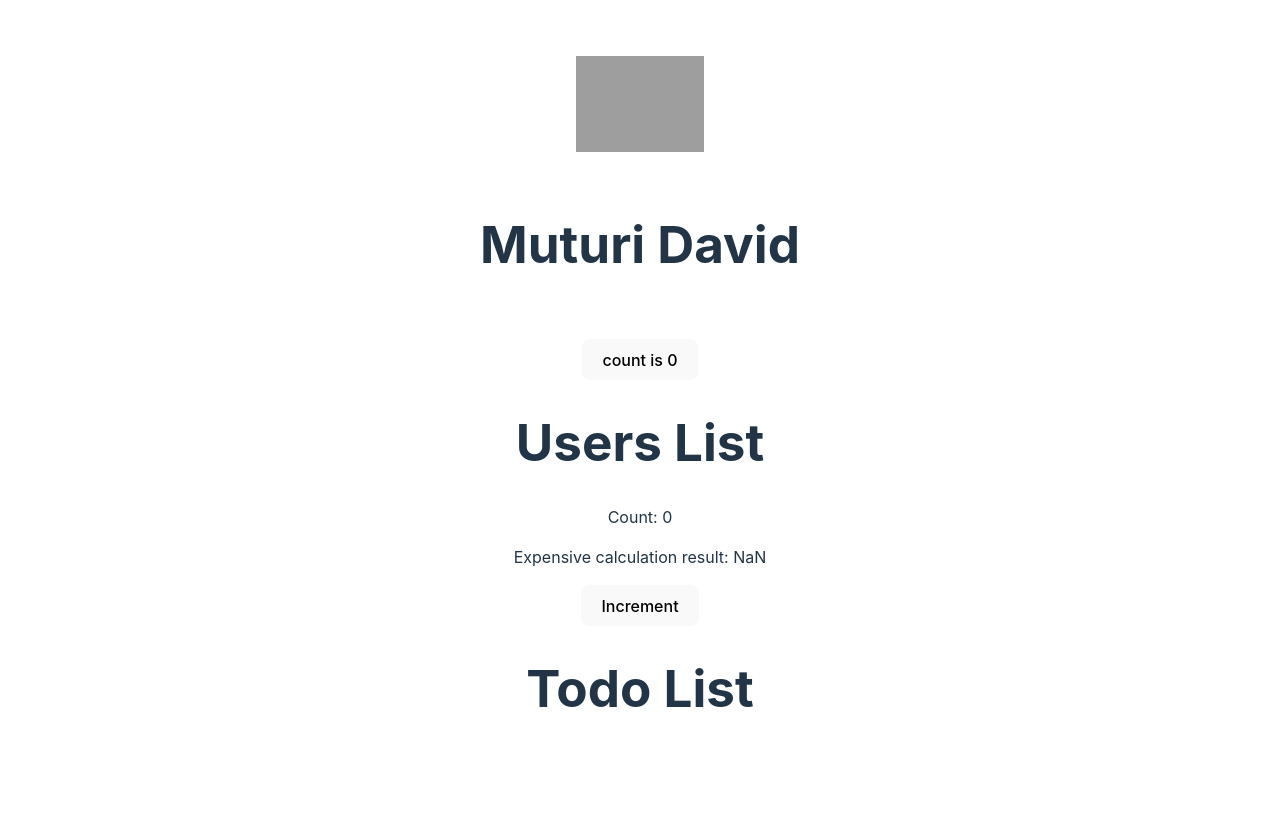
Repository: tushcmd/js-react-practice
Page: / (app in react/)
The author's editor kept a copy of each file at every save. The page is drawn from the files as they stood at one save, then again after the next save.
The browser window is 1280 px wide. The pictures show the whole page.
Pictures or frames that could not be fetched are drawn as grey boxes. The page's requests for data from a server got no answer. The project was rebuilt for these pictures with package versions that can differ from the ones it lists, and the page was loaded fresh each time. No one was signed in, and anything a server would have sent is missing. Also part of the build but not shown: react/vite.config.js.

Above is the page before, as saved 2024-07-09 01:28:41.

### react/src/App.jsx
import { useState } from 'react'
import reactLogo from './assets/react.svg'

import './App.css'
import UserList from './map'
import ExpensiveCalculation from './hooks'
import TodoList from './todoList'

function App() {
  const [count, setCount] = useState(0)


  return (
    <>
      <div>

        <a href="https://tushdev.co" target="_blank">
          <img src={reactLogo} className="logo react" alt="React logo" />
        </a>
      </div>
      <h1>Muturi David</h1>
      <div className="card">
        <button onClick={() => setCount((count) => count + 1)}>
          count is {count}
        </button>
        <UserList />
        <ExpensiveCalculation />
        <TodoList />
      </div>

    </>
  )
}

export default App

### react/src/index.css
:root {
  font-family: Inter, system-ui, Avenir, Helvetica, Arial, sans-serif;
  line-height: 1.5;
  font-weight: 400;

  color-scheme: light dark;
  color: rgba(255, 255, 255, 0.87);
  background-color: #242424;

  font-synthesis: none;
  text-rendering: optimizeLegibility;
  -webkit-font-smoothing: antialiased;
  -moz-osx-font-smoothing: grayscale;
}

a {
  font-weight: 500;
  color: #646cff;
  text-decoration: inherit;
}
a:hover {
  color: #535bf2;
}

body {
  margin: 0;
  display: flex;
  place-items: center;
  min-width: 320px;
  min-height: 100vh;
}

h1 {
  font-size: 3.2em;
  line-height: 1.1;
}
h1:hover {
  color: #535bf2;
}

button {
  border-radius: 8px;
  border: 1px solid transparent;
  padding: 0.6em 1.2em;
  font-size: 1em;
  font-weight: 500;
  font-family: inherit;
  background-color: #1a1a1a;
  cursor: pointer;
  transition: border-color 0.25s;
}
button:hover {
  border-color: #646cff;
}
button:focus,
button:focus-visible {
  outline: 4px auto -webkit-focus-ring-color;
}

@media (prefers-color-scheme: light) {
  :root {
    color: #213547;
    background-color: #ffffff;
  }
  a:hover {
    color: #747bff;
  }
  button {
    background-color: #f9f9f9;
  }
}

### react/src/map.jsx
import { useState, useEffect } from 'react'


const UserList = () => {
    const [users, setUsers] = useState([]);

    useEffect(() => {
        fetch('https://jsonplaceholder.typicode.com/users')
        .then(response => response.json()).then(data => setUsers(data));
    }, []);


    return (
        <div>
            <h1>Users List</h1>
            <ul>
                {users.map(user => (
                    <li key={user.id}>{user.name} - {user.email}</li>
                ))}
            </ul>
        </div>
    )
}

export default UserList

### react/src/hooks.jsx



import { useState, useEffect, useMemo} from 'react'

const ExpensiveCalculation = ( number ) => {
    const [count, setCount] = useState(0);

    useEffect(() => {
        console.log('Component mounted or updated')
        return () => console.log('Component will unmount');
    }, [count]);
    const expensiveResult = useMemo(() => {
        console.log('Calculting...');
        return number * 3;
    }, [number]);
  return (
    <div>
        <p>Count: {count}</p>
        <p>Expensive calculation result: {expensiveResult}</p>
        <button onClick={() => setCount(count + 1)}>Increment</button>
    </div>
  )
}

export default ExpensiveCalculation;

### react/src/todoList.jsx
import { useState, useEffect } from 'react';

const TodoList = () => {
  const [todos, setTodos] = useState([]);

  useEffect(() => {
    fetch('https://jsonplaceholder.typicode.com/todos')
      .then(response => response.json())
      .then(data => setTodos(data.slice(0, 10))); // Limiting to 10 items for simplicity
  }, []);

  const toggleComplete = (id) => {
    setTodos(todos.map(todo =>
      todo.id === id ? { ...todo, completed: !todo.completed } : todo
    ));
  };

  return (
    <div>
      <h1>Todo List</h1>
      <ul>
        {todos.map(todo => (
          <p key={todo.id} style={{ textDecoration: todo.completed ? 'line-through' : 'none' }}>
            <input
              type="checkbox"
              checked={todo.completed}
              onChange={() => toggleComplete(todo.id)}
            />
            {todo.title}
          </p>
        ))}
      </ul>
    </div>
  );
};

export default TodoList;

Loaded but not shown: react/index.html (common file); react/src/main.jsx (common file); react/src/App.css (common file)

After the next save:
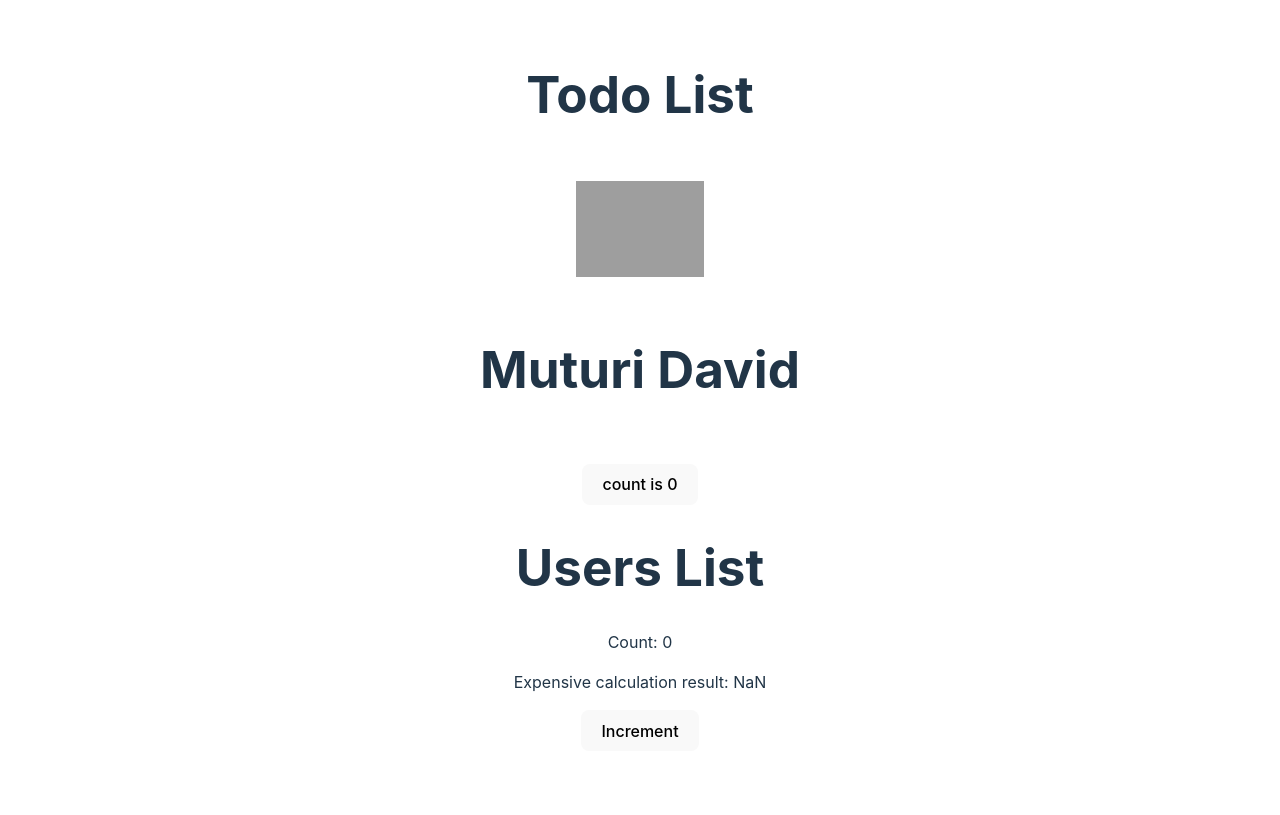
Saved 43 s later.
--- a/react/src/App.jsx
+++ b/react/src/App.jsx
@@ -12,6 +12,7 @@ function App() {
 
   return (
     <>
+      <TodoList />
       <div>
 
         <a href="https://tushdev.co" target="_blank">
@@ -25,7 +26,7 @@ function App() {
         </button>
         <UserList />
         <ExpensiveCalculation />
-        <TodoList />
+
       </div>
 
     </>
